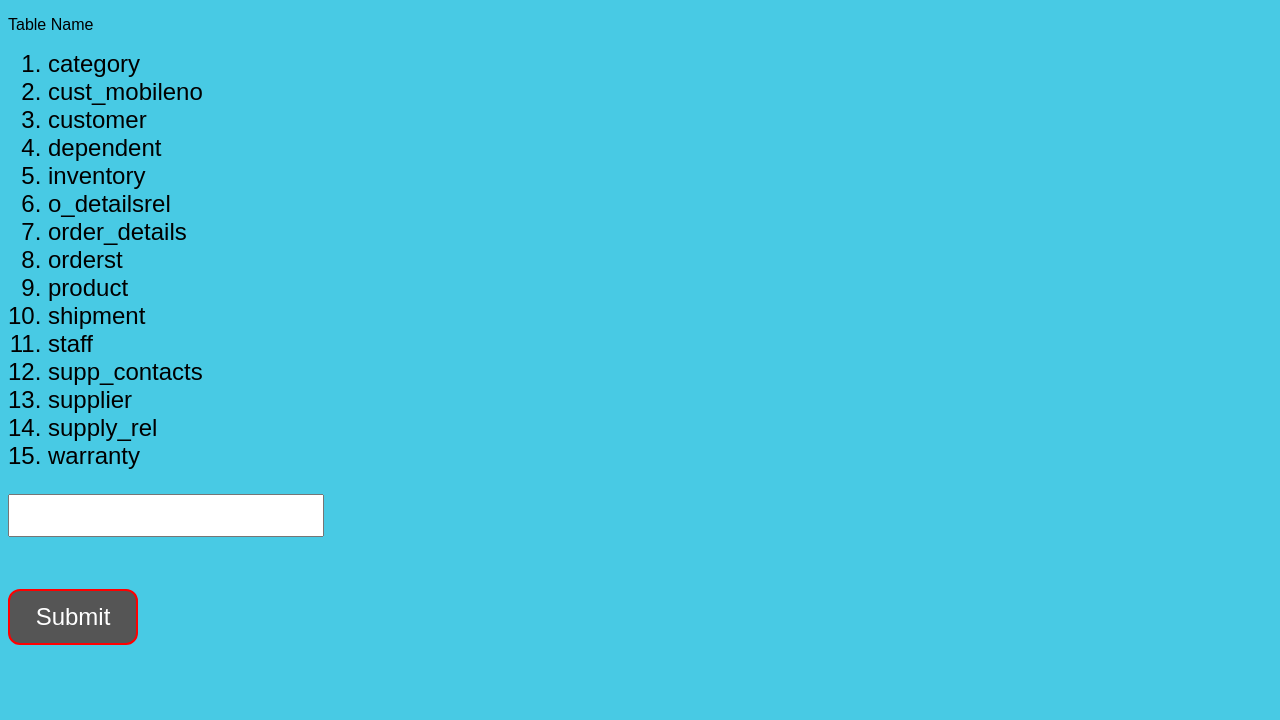
Repository: cyrusdwivedi2002/inventory-management-system
Page: DemoApp/src/main/webapp/export.html
An editor plug-in stored every save of this project. The page is shown before and after the next save, followed by the edit.
The browser window is 1280 px wide. The pictures show the whole page.
Some web fonts or font styles are not loaded; a fallback is used.

Above is the page before, as saved 2022-06-24 19:15:53.

### DemoApp/src/main/webapp/export.html
<!DOCTYPE html>
<html>
<head>
<meta charset="ISO-8859-1">

<link rel="preconnect" href="https://fonts.googleapis.com">
<link rel="preconnect" href="https://fonts.gstatic.com" crossorigin>
<link href="https://fonts.googleapis.com/css2?family=Anek+Latin:wght@500&family=Smooch&display=swap" rel="stylesheet">
<style>

body {
background-color: #48cae4;
font-family: 'Anek Latin', sans-serif;
}

h1{
color: black;
background-color:#00a896;
width: 50%;
margin-left:8em;
border: 2px solid indianred;
font-size:50px;
}

li{
font-size:x-large;
}
input{
  width: 25%;
  padding-top:12px;
  padding-bottom:12px;
  margin: 8px 0;
  box-sizing: border-box;
}
input[type=text]:focus {
  border: 3px solid #555;
}
#button{
background-color: #555555;
color:white;
font-size: 24px;
width:130px;
border-radius: 12px;
border:2px solid red;
}
#button:hover{
cursor:pointer;
background-color:#ef476f;
box-shadow: 0 12px 16px 0 rgba(0,0,0,0.75), 0 17px 50px 0 rgba(0,0,0,0.50);
transition: all 0.4s;
}
#button:active {
  background-color: #4CAF50; /* Green */
  color: white;
}

</style>

<title>Insert title here</title>
</head>
<body>
<form action = "./ExportTable" method = "post">
	 <p>Table Name</p>
	 <ol>
  <li>category</li>
  <li>cust_mobileno</li>
  <li>customer</li>
  <li>dependent</li>
  <li>inventory</li>
  <li>o_detailsrel</li>
  <li>order_details</li>
  <li>orderst</li>
  <li>product</li>
  <li>shipment</li>
  <li>staff</li>
  <li>supp_contacts</li>
  <li>supplier</li>
  <li>supply_rel</li>
  <li>warranty</li>
	</ol>
	 <input type="text" name="table_name"/>
	 <br/><br/><br/>
	  <input id="button" type="submit"/>

</form>


</body>
</html>

After the next save:
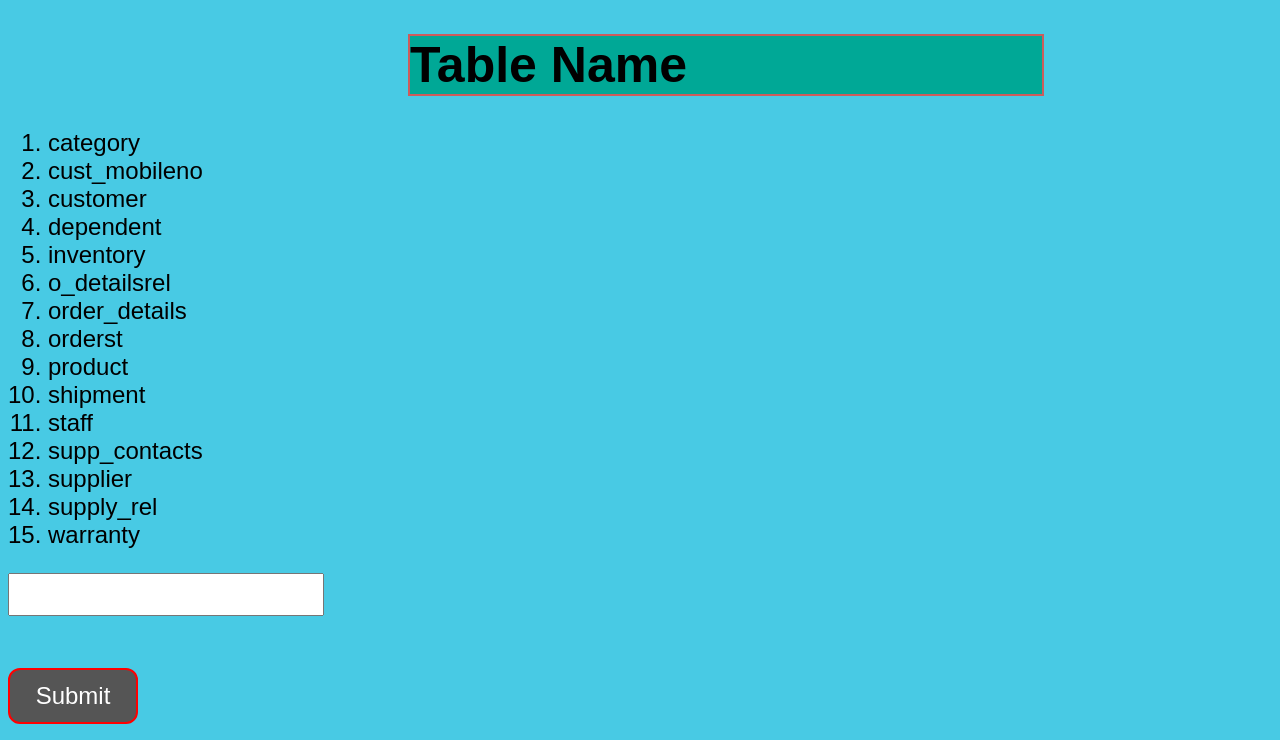
Saved 19 s later.
--- a/DemoApp/src/main/webapp/export.html
+++ b/DemoApp/src/main/webapp/export.html
@@ -60,7 +60,7 @@ transition: all 0.4s;
 </head>
 <body>
 <form action = "./ExportTable" method = "post">
-	 <p>Table Name</p>
+	 <h1>Table Name</h1>
 	 <ol>
   <li>category</li>
   <li>cust_mobileno</li>
